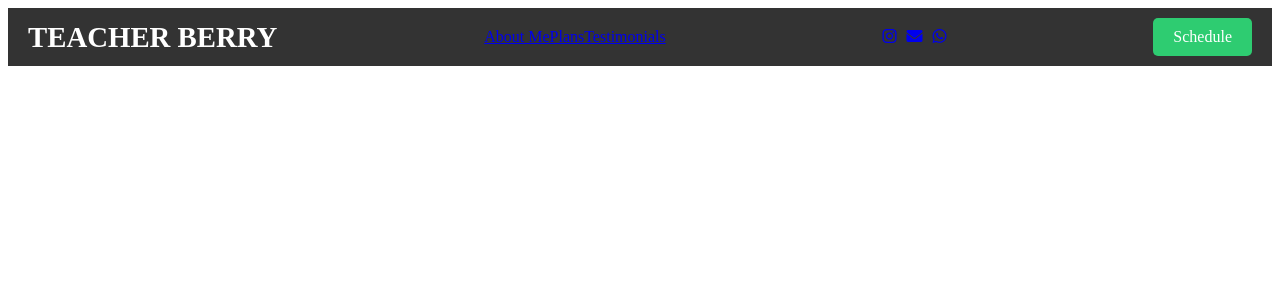
Repository: ntandomagana/esl-landing-page
Page: index.html
These files come from the project's save history. The page is drawn as it stood at one moment and after the next save; the edit follows.
The browser window is 1280 px wide. The pictures show the whole page.

Above is the page before, as saved 2024-07-16 23:00:29.

After the next save:
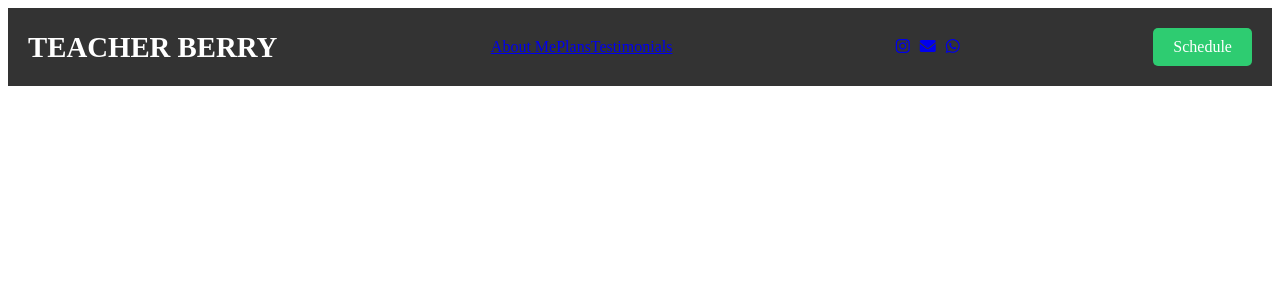
Saved 5 s later.
--- a/index.css
+++ b/index.css
@@ -21,7 +21,7 @@ nav ul {
     margin: 0;
     display: flex;
     justify-content: space-between;
-    padding: ;
+    padding: 20px 20px;
 }
 
 .social-links {
